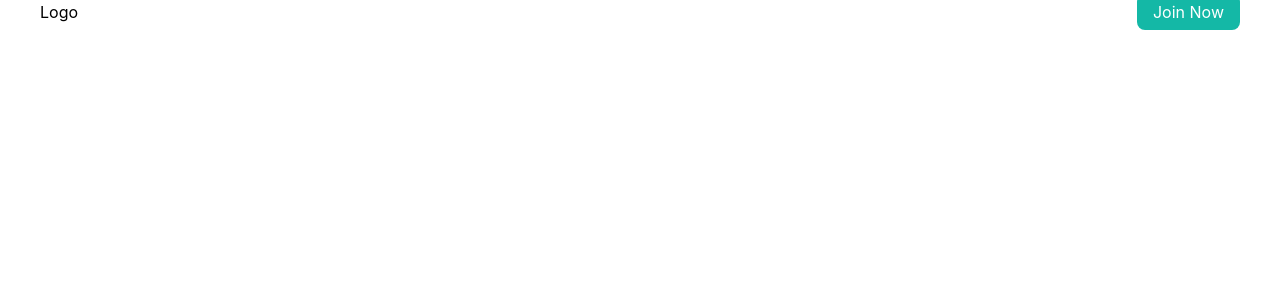
Repository: arafatmollah/auth-app
Page: /
These files come from the project's save history. The page is drawn as it stood at one moment and after a run of saves; the edit follows.
The browser window is 1280 px wide. The pictures show the whole page.
The project was rebuilt for these pictures with package versions that can differ from the ones it lists, and the page was loaded fresh each time. The framework's server and built-in components were replaced by stand-ins that run in the browser. Also part of the build but not shown: next.config.js.

Above is the page before, as saved 2022-10-03 16:08:52.

After the next 4 saves:
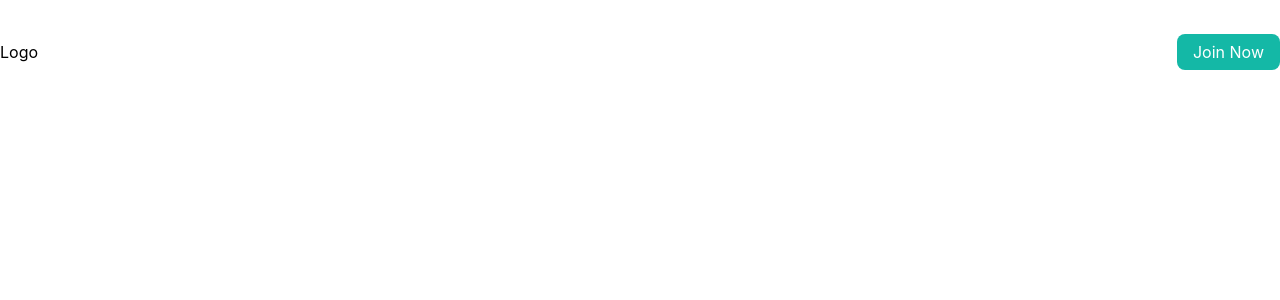
The 4 saves are shown as one change because they came seconds apart.
The last was saved 13 s later.
--- a/components/Nav.js
+++ b/components/Nav.js
@@ -4,7 +4,7 @@ import Link from 'next/link'
 function Nav() {
   return (
     <div>
-        <nav className='flex justify-between items-center mx-10'>
+        <nav className='flex justify-between items-center mx-15 py-10'>
         <Link href="/">Logo</Link>
         <ul>
             <Link href="/auth">
